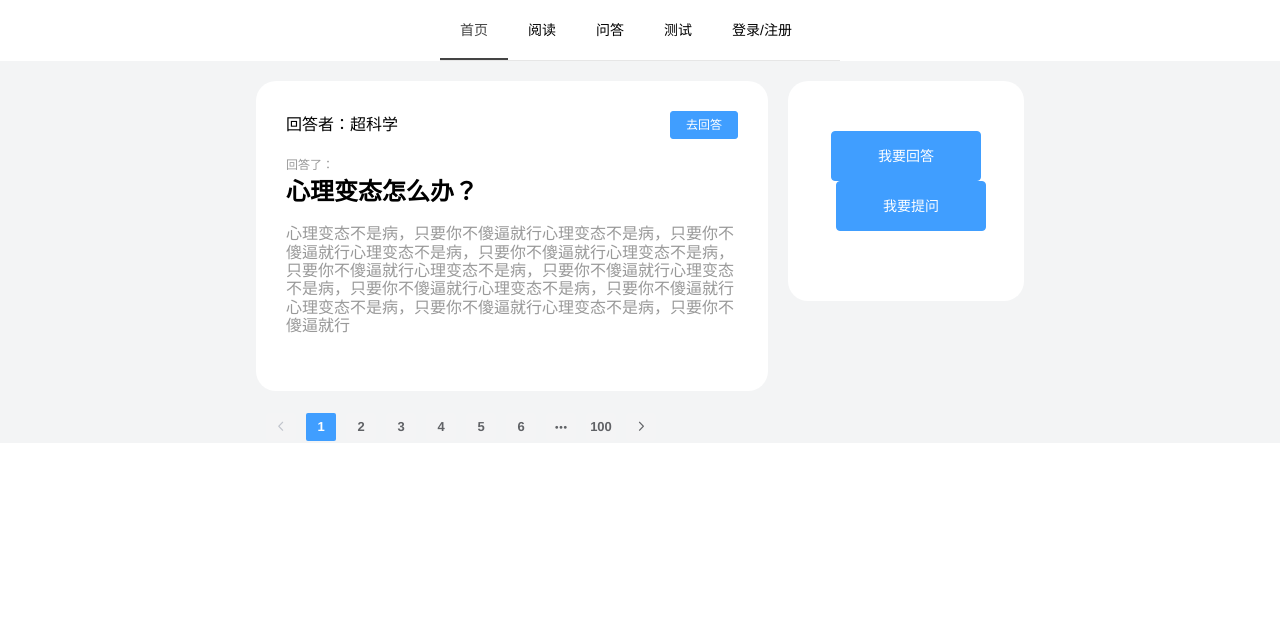
Repository: shengligo/xyx_vue_v1
Page: /qs
These files come from the project's save history. The page is drawn as it stood at one moment and after the next save; the edit follows.
The browser window is 1280 px wide. The pictures show the whole page.
The page's requests for data from a server got no answer. The project was rebuilt for these pictures with package versions that can differ from the ones it lists, and the page was loaded fresh each time. No one was signed in, and anything a server would have sent is missing. Also part of the build but not shown: vue.config.js, src/views/home/childComps/Art.vue, src/views/author/authors.vue, src/views/questions/QuestionDetail.vue.

Above is the page before, as saved 2021-09-04 17:15:10.

After the next save:
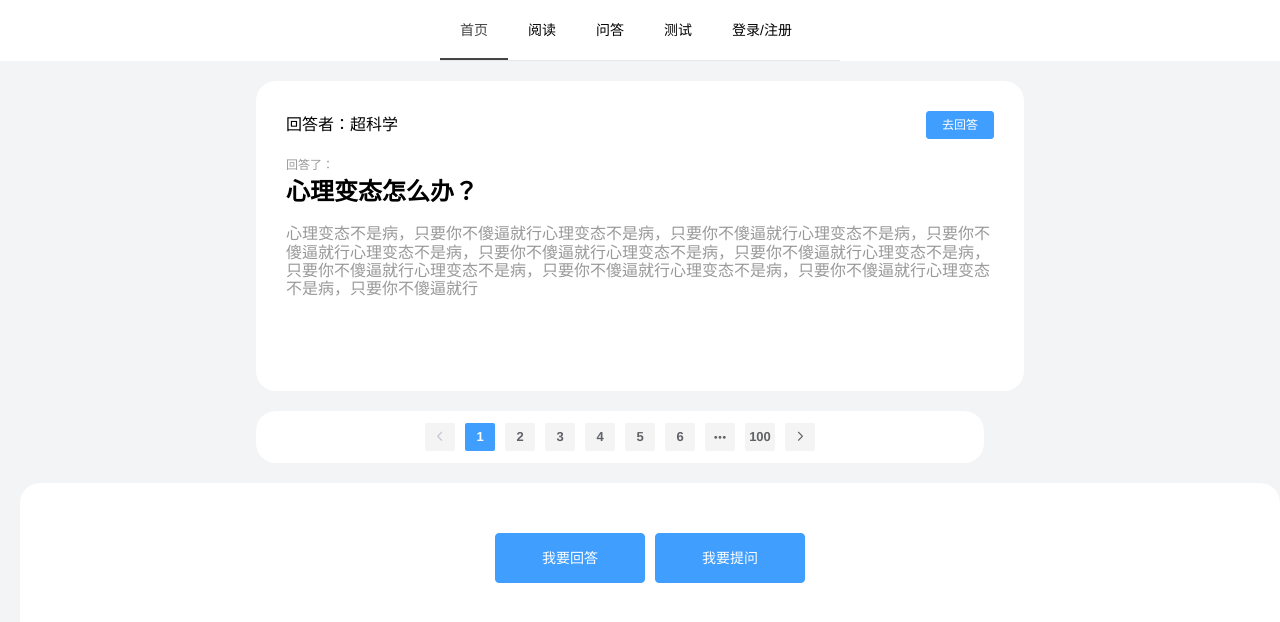
Saved 12 s later.
--- a/src/views/questions/Question.vue
+++ b/src/views/questions/Question.vue
@@ -13,8 +13,12 @@
             <div class="answerContent">{{ item.answerContent }}</div>
           </div>
         </div>
-        <el-pagination background layout="prev, pager, next" :total="1000">
+       <div class="pagination">
+          <el-pagination background layout="prev, pager, next" :total="1000">
         </el-pagination>
+        </div>
+
+      </div>
       </div>
       <div class="bodyleft">
         <div class="leftbox">
@@ -147,4 +151,12 @@
   width: 150px;
   height: 50px;
 }
+.pagination {
+  width: calc(100% - 60px);
+  padding: 10px;
+  text-align: center;
+  margin-bottom: 20px;
+  border-radius: 20px;
+  background-color: #fff;
+}
 </style>

After the save that followed:
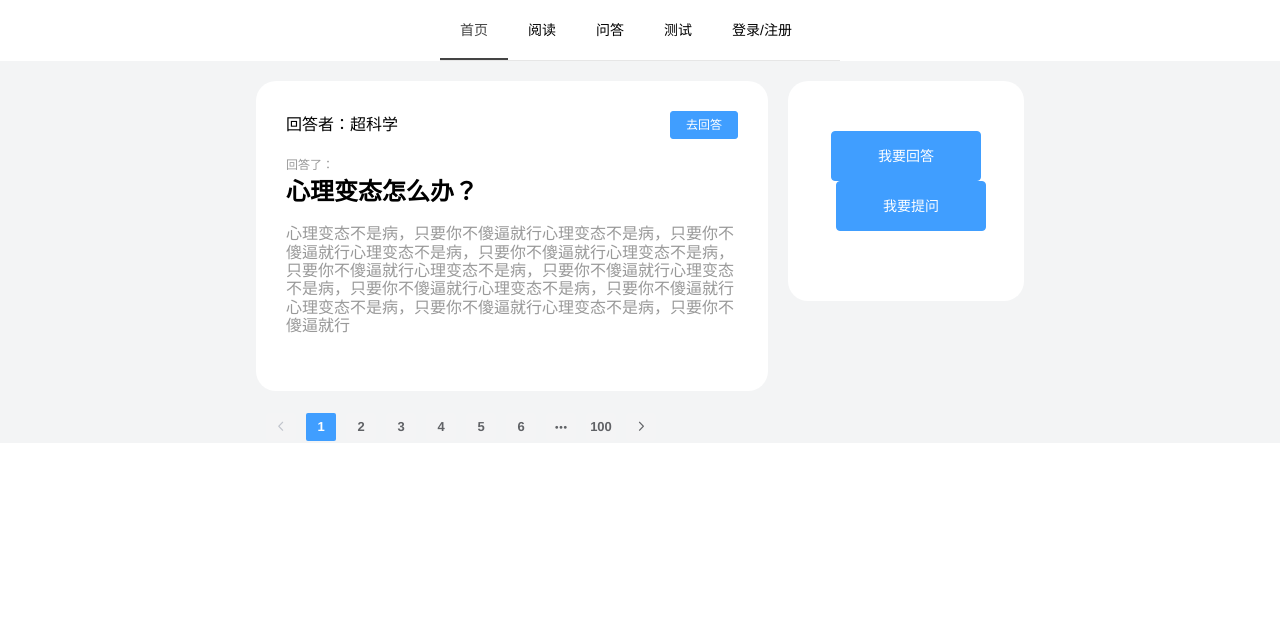
Saved 30 s later.
--- a/src/views/questions/Question.vue
+++ b/src/views/questions/Question.vue
@@ -13,12 +13,8 @@
             <div class="answerContent">{{ item.answerContent }}</div>
           </div>
         </div>
-       <div class="pagination">
-          <el-pagination background layout="prev, pager, next" :total="1000">
+        <el-pagination background layout="prev, pager, next" :total="1000">
         </el-pagination>
-        </div>
-
-      </div>
       </div>
       <div class="bodyleft">
         <div class="leftbox">
